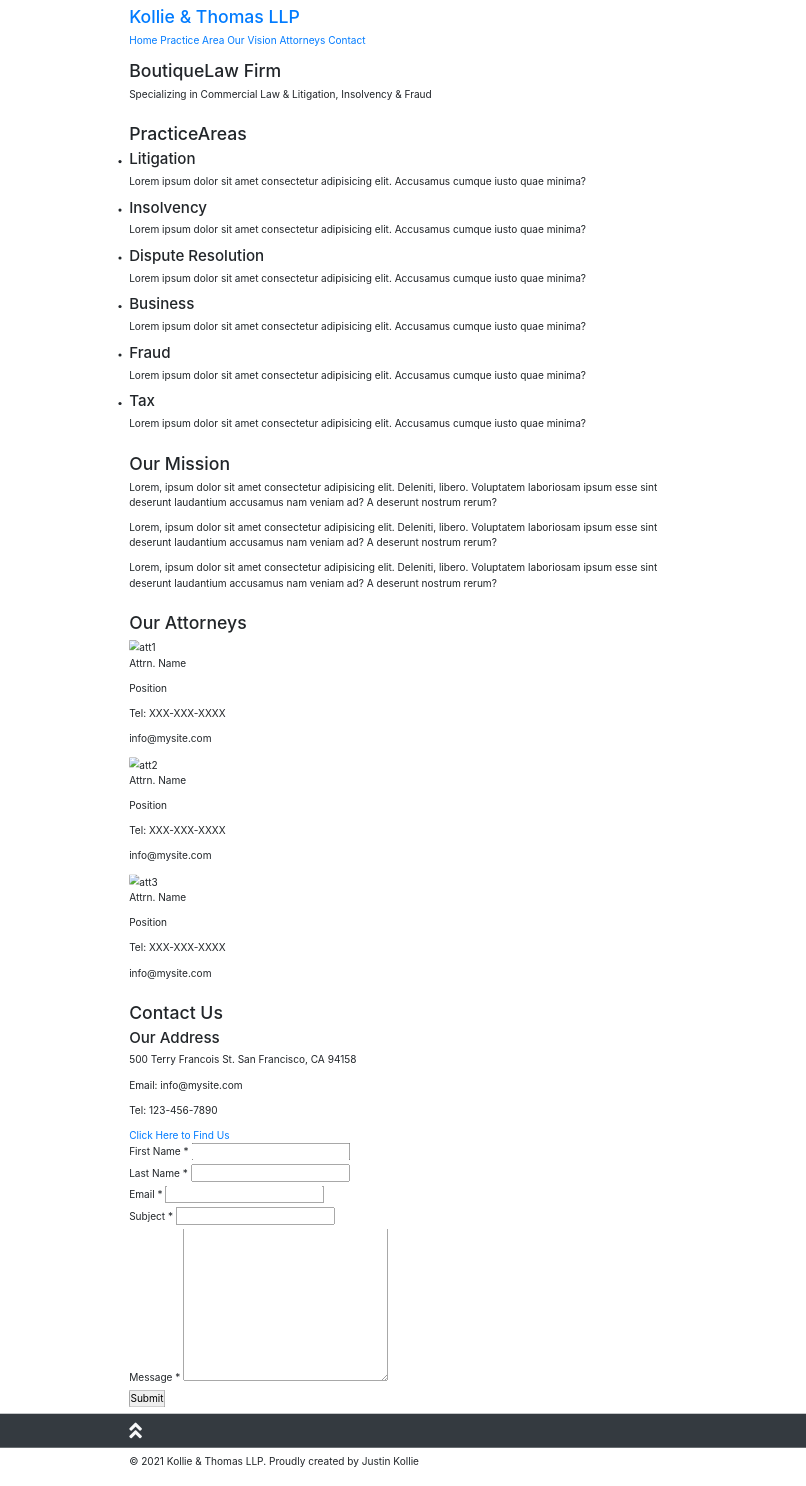
Repository: just-mann/kolllie-kolliellp
Page: index.html
These files come from the project's save history. The page is drawn as it stood at one moment and after a run of saves; the edit follows.
The browser window is 1280 px wide. The pictures show the whole page, at 63% of full size.

Above is the page before, as saved 2021-06-01 17:03:24.

### index.html
<!DOCTYPE html>
<html lang="en">
<head>
    <meta charset="UTF-8">
    <meta name="viewport" content="width=device-width, initial-scale=1.0">
    <meta http-equiv="X-UA-Compatible" content="ie=edge">
    <meta name="Description" content="Enter your description here"/>
    <!-- Font Awesome Icons -->
    <link rel="stylesheet" href="https://cdnjs.cloudflare.com/ajax/libs/font-awesome/5.15.3/css/all.min.css" referrerpolicy="no-referrer" />
    <link rel="stylesheet" href="https://cdnjs.cloudflare.com/ajax/libs/twitter-bootstrap/4.6.0/css/bootstrap.min.css">
    <link rel="stylesheet" href="https://cdnjs.cloudflare.com/ajax/libs/font-awesome/5.15.2/css/all.min.css">
    <link rel="stylesheet" href="assets/css/utilities.css">
    <link rel="stylesheet" href="assets/css/style.css">
    <title>Kollie & Thomas LLP</title>
</head>
<body>
    <nav class="myNavbar">
        <div class="myContainer">
            <a href="#" class="myLogo"><h3>Kollie & Thomas LLP</h3></a>
            <div class="links">
                <a href="#">Home</a>
                <a href="#practiceArea">Practice Area</a>
                <a href="#ourVision">Our Vision</a>
                <a href="#ourAttorneys">Attorneys</a>
                <a href="#contact">Contact</a>
            </div>
        </div>
    </nav>
    <section class="heroSection">
        <div class="myContainer">
            <h3><span>Boutique</span>Law Firm</h3>
            <p>Specializing in Commercial Law & Litigation, Insolvency & Fraud</p>
        </div>
    </section>
    <section class="practiceArea" id="practiceArea">
        <div class="myContainer">
            <div class="practiceArreaDiv">
                <div class="left__side">
                    <h3><span>Practice</span>Areas</h3>
                </div>
                <div class="right__side">
                    <ul>
                        <div class="left">
                            <li><h4>Litigation</h4></li>
                            <p>Lorem ipsum dolor sit amet consectetur adipisicing elit. Accusamus cumque iusto quae minima?</p>
                            <li><h4>Insolvency</h4></li>
                            <p>Lorem ipsum dolor sit amet consectetur adipisicing elit. Accusamus cumque iusto quae minima?</p>
                            <li><h4>Dispute Resolution</h4></li>
                            <p>Lorem ipsum dolor sit amet consectetur adipisicing elit. Accusamus cumque iusto quae minima?</p>
                        </div>
                        <div class="right">
                            <li><h4>Business</h4></li>
                            <p>Lorem ipsum dolor sit amet consectetur adipisicing elit. Accusamus cumque iusto quae minima?</p>
                            <li><h4>Fraud</h4></li>
                            <p>Lorem ipsum dolor sit amet consectetur adipisicing elit. Accusamus cumque iusto quae minima?</p>
                            <li><h4>Tax</h4></li>
                            <p>Lorem ipsum dolor sit amet consectetur adipisicing elit. Accusamus cumque iusto quae minima?</p>
                        </div>
                    </ul>
                </div>
            </div>
        </div>
    </section>
    <section class="ourVision" id="ourVision">
        <div class="myContainer">
            <div class="ourVisionDiv">
                <h3 class="">Our Mission</h3>
                <div>
                    <p>Lorem, ipsum dolor sit amet consectetur adipisicing elit. Deleniti, libero. Voluptatem laboriosam ipsum esse sint deserunt laudantium accusamus nam veniam ad? A deserunt nostrum rerum?</p>
                </div>
                <div>
                    <p>Lorem, ipsum dolor sit amet consectetur adipisicing elit. Deleniti, libero. Voluptatem laboriosam ipsum esse sint deserunt laudantium accusamus nam veniam ad? A deserunt nostrum rerum?</p>
                </div>
                <div>
                    <p>Lorem, ipsum dolor sit amet consectetur adipisicing elit. Deleniti, libero. Voluptatem laboriosam ipsum esse sint deserunt laudantium accusamus nam veniam ad? A deserunt nostrum rerum?</p>
                </div>
            </div>
        </div>
    </section>
    <div class="parallaxImg">

    </div>
    <section class="ourAttorneys" id="ourAttorneys">
        <div class="myContainer">
            <h3>Our Attorneys</h3>
            <div class="attorneysDiv">
                <div class="attCard">
                    <img src="" alt="att1">
                    <div>
                        <p>Attrn. Name</p>
                        <p>Position</p>
                    </div>
                    <div>
                        <p>Tel: XXX-XXX-XXXX</p>
                        <p>info@mysite.com</p>
                    </div>
                </div>
                <div class="attCard">
                    <img src="" alt="att2">
                    <div>
                        <p>Attrn. Name</p>
                        <p>Position</p>
                    </div>
                    <div>
                        <p>Tel: XXX-XXX-XXXX</p>
                        <p>info@mysite.com</p>
                    </div>
                </div>
                <div class="attCard">
                    <img src="" alt="att3">
                    <div>
                        <p>Attrn. Name</p>
                        <p>Position</p>
                    </div>
                    <div>
                        <p>Tel: XXX-XXX-XXXX</p>
                        <p>info@mysite.com</p>
                    </div>
                </div>
            </div>
        </div>
    </section>
    <section class="contact" id="contact">
        <div class="myContainer">
            <div class="contactDiv">
                <div class="left__side">
                    <h3>Contact Us</h3>
                </div>
                <div class="right__side">
                    <h4><span>Our</span> Address</h4>
                    <div class="addressDiv">
                        <p>500 Terry Francois St. San Francisco, CA 94158</p>
                        <p>Email: info@mysite.com</p>
                        <p>Tel:  123-456-7890</p>
                    </div>
                    <div class="clickToFind">
                        <a href="#">Click Here to Find Us</a>
                    </div>
                    <form action="">
                        <div class="left__side">
                            <div>
                                <label for="firstName">First Name *</label>
                                <input type="text" name="firstName" required>
                            </div>
                            <div>
                                <label for="lastName">Last Name *</label>
                                <input type="text" name="lastName" required>
                            </div>
                            <div>
                                <label for="email">Email *</label>
                                <input type="email" name="name" required>
                            </div>
                            <div>
                                <label for="subject">Subject *</label>
                                <input type="text" name="subject" required>
                            </div>
                        </div>
                        <div class="right__side">
                            <label for="message">Message *</label>
                            <textarea name="message" id="message" cols="30" rows="10" required></textarea>
                        </div>
                        <div>
                            <input type="submit" value="Submit">
                        </div>
                    </form>
                </div>
            </div>
        </div>
    </section>
    <section class="backUpTop bg-dark">
        <div class="myContainer">
            <i class="fas fa-angle-double-up fa-2x text-light"></i>
        </div>
    </section>
    <footer class="footer">
        <div class="myContainer">
            <p>© 2021 Kollie & Thomas LLP. Proudly created by Justin Kollie</p>
        </div>
    </footer>
    <!-- Optional Scripts -->
    <script src="assets/scripts/myScript.js"></script>
    <script src="https://cdnjs.cloudflare.com/ajax/libs/jquery/3.5.1/jquery.slim.min.js"></script>
    <script src="https://cdnjs.cloudflare.com/ajax/libs/popper.js/1.16.1/umd/popper.min.js"></script>
    <script src="https://cdnjs.cloudflare.com/ajax/libs/twitter-bootstrap/4.6.0/js/bootstrap.min.js"></script>
</body>
</html>

### assets/css/utilities.css


.myContainer {
    max-width: 900px;
    margin: 0 auto;
    padding: 10px 15px;
}

### assets/css/style.css
* {
    padding: 0;
    margin: 0;
    box-sizing: border-box;
}

html {
    scroll-behavior: smooth;
}

body {
    /* background-color: rgb(255, 255, 255); */
}

### assets/scripts/myScript.js
console.log('It works');

After the next 4 saves:
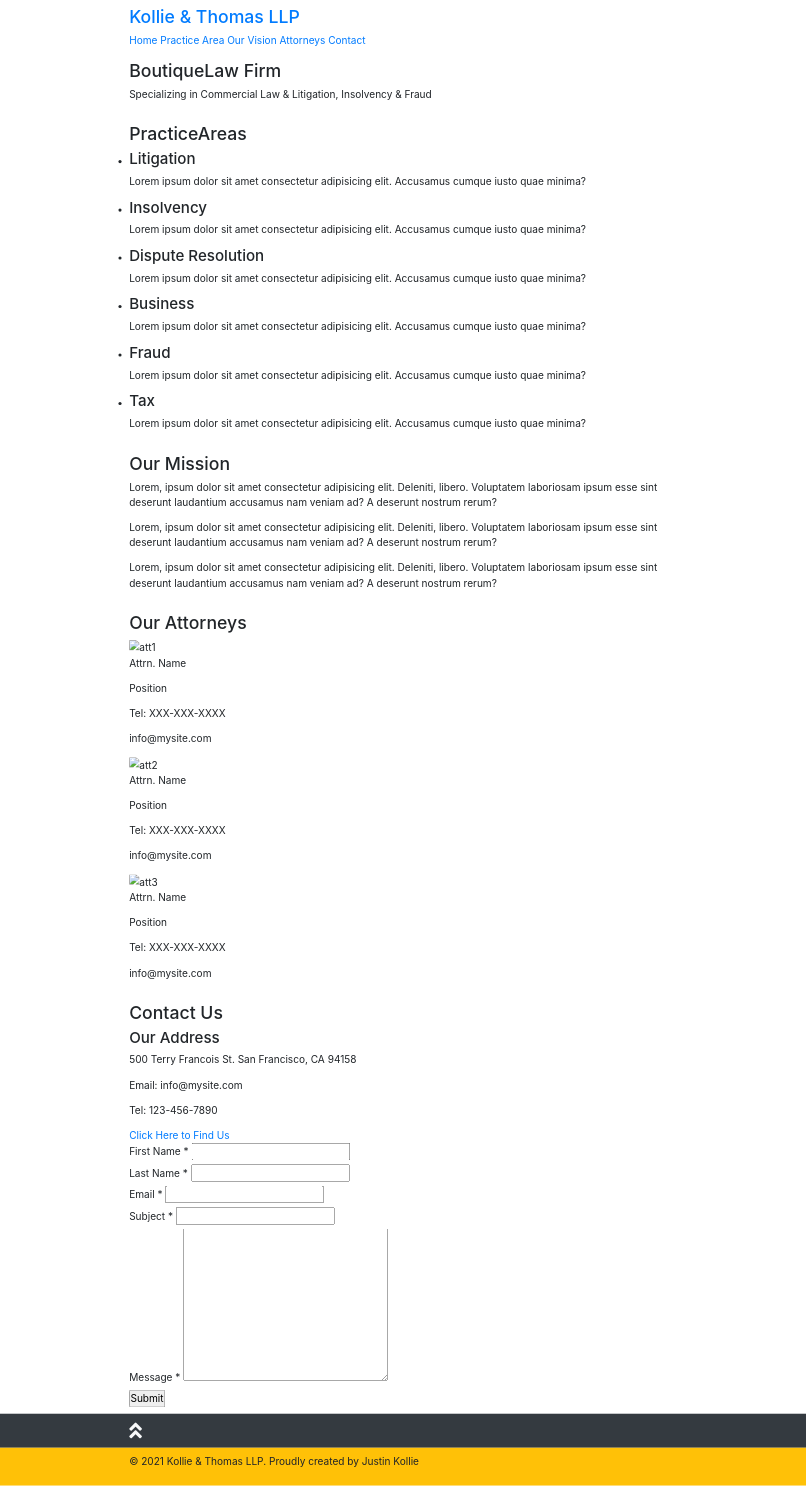
The 4 saves are shown as one change because they came seconds apart.
The last was saved 34 s later.
--- a/index.html
+++ b/index.html
@@ -172,7 +172,7 @@
             <i class="fas fa-angle-double-up fa-2x text-light"></i>
         </div>
     </section>
-    <footer class="footer">
+    <footer class="footer bg-warning">
         <div class="myContainer">
             <p>© 2021 Kollie & Thomas LLP. Proudly created by Justin Kollie</p>
         </div>
